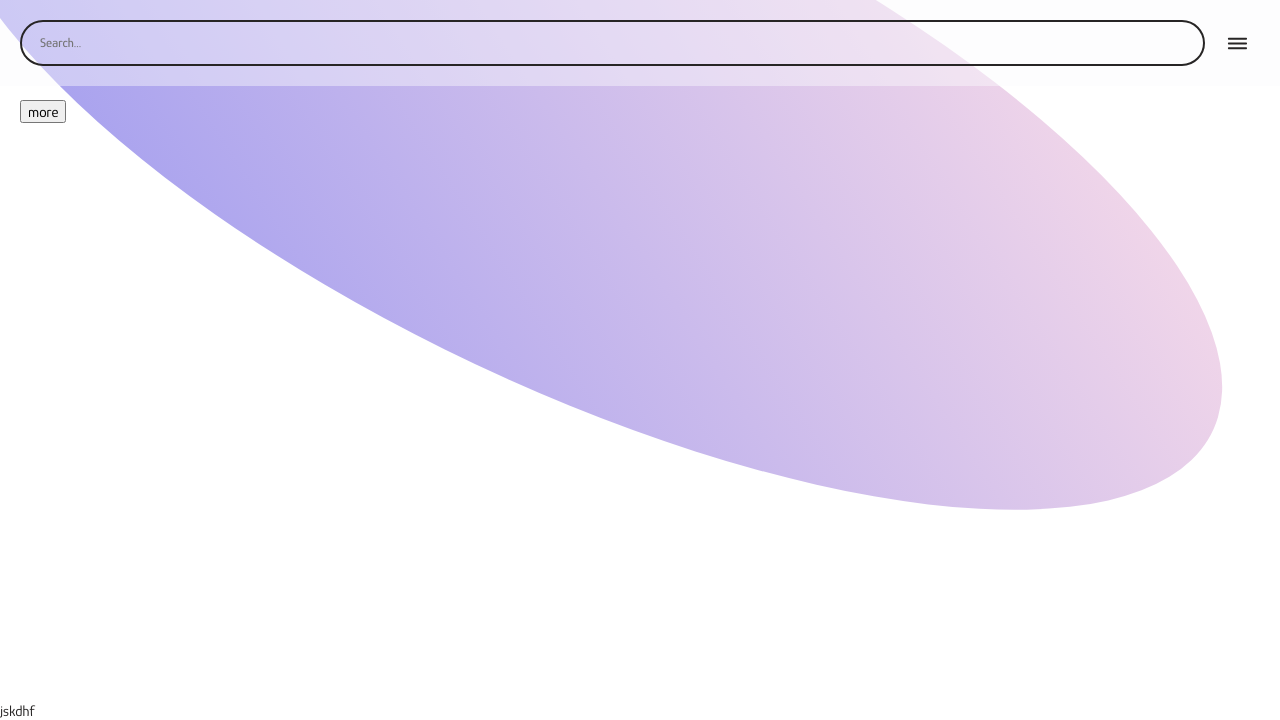
Repository: Axeliriya/my-test
Page: /
The author's editor kept a copy of each file at every save. The page is drawn from the files as they stood at one save, then again after the next save.
The browser window is 1280 px wide. The pictures show the whole page.
The page's requests for data from a server got no answer. The project was rebuilt for these pictures with package versions that can differ from the ones it lists, and the page was loaded fresh each time. No one was signed in, and anything a server would have sent is missing. Also part of the build but not shown: src/components/ProductList/ProductList.tsx, src/components/ProductItem/ProductItem.tsx.

Above is the page before, as saved 2022-04-05 15:50:32.

### public/index.html
<!DOCTYPE html>
<html lang="en">
  <head>
    <meta charset="utf-8" />
    <link rel="icon" href="%PUBLIC_URL%/favicon.ico" />
    <meta name="viewport" content="width=device-width, initial-scale=1" />
    <meta name="theme-color" content="#9796F0" />
    <title>React App</title>
  </head>
  <body>
    <div id="root"></div>
  </body>
</html>

### src/index.tsx
import { createRoot } from 'react-dom/client';
import { App } from './components';
import './assets/styles/main.scss';

const root = createRoot(document.getElementById('root') as HTMLDivElement);
root.render(<App />);

### src/components/index.ts
export * from './App/App';
export * from './Layout/Layout';
export * from './Header/Header';
export * from './Button/Button';
export * from './Input/Input';
export * from './ProductList/ProductList';
export * from './ProductItem/ProductItem';
export * from './Main/Main';

### src/assets/styles/main.scss
@import './base/normalize';
@import './base/fonts';
@import './utils/variables';
@import './utils/mixins';
@import './utils/placeholder';
@import './base/body';

### src/components/App/App.tsx
import { useEffect, useState } from 'react';
import { Layout, ProductList } from '..';
import { ProductModel } from '../../interfaces/product.interface';
import { getProducts } from '../../services/api-service';
import styles from './App.module.scss';
// import { AppProps } from './App.props';

export const App = (): JSX.Element => {
  return (
    <div className={styles.app}>
      <Layout />
    </div>
  );
};

### src/components/Layout/Layout.tsx
import { Header, Input, Main } from '..';
import styles from './Layout.module.scss';
import { LayoutProps } from './Layout.props';

export const Layout = ({ children }: LayoutProps): JSX.Element => {
  return (
    <div className={styles.layout}>
      <Header>
        <Input placeholder="Search..." />
      </Header>
      <Main />
      <footer className={styles.main}>jskdhf</footer>
    </div>
  );
};

### src/components/Header/Header.tsx
/* eslint-disable no-constant-condition */
import styles from './Header.module.scss';
import { HeaderProps } from './Header.props';
import { ReactComponent as Burger } from './burger.svg';
import { ReactComponent as Search } from './search.svg';
import { Button } from '..';

export const Header = ({ children, ...props }: HeaderProps): JSX.Element => {
  return (
    <header className={styles.header} {...props}>
      <div className={styles.wrapper}>
        {false ? (
          <>
            <a className={styles.logo} href="/">
              Сlothes
            </a>
            <Button>
              <Search />
            </Button>
          </>
        ) : (
          <div className={styles.input}>{children}</div>
        )}
      </div>
      <Button>
        <Burger />
      </Button>
    </header>
  );
};

### src/components/Button/Button.tsx
import styles from './Button.module.scss';
import { ButtonProps } from './Button.props';
import cn from 'classnames';

export const Button = ({
  appearance,
  children,
  className,
  ...props
}: ButtonProps) => {
  return (
    <button
      className={cn(styles.button, className, {
        [styles.primary]: appearance === 'primary',
        [styles.green]: appearance === 'green',
        [styles.ghost]: appearance === 'ghost',
      })}
      {...props}
    >
      {children}
    </button>
  );
};

### src/components/Input/Input.tsx
import styles from './Input.module.scss';
import { InputProps } from './Input.props';
import cn from 'classnames';

export const Input = ({ className, ...props }: InputProps): JSX.Element => {
  return <input className={cn(styles.input, className)} {...props} />;
};

### src/components/Main/Main.tsx
import { useEffect, useState } from 'react';
import { ProductList } from '..';
import { ProductModel } from '../../interfaces/product.interface';
import { getProducts } from '../../services/api-service';
import styles from './Main.module.scss';

export const Main = (): JSX.Element => {
  const [products, setProducts] = useState<ProductModel[]>();
  const [fullList, setFullist] = useState<ProductModel[]>();
  const [page, setPage] = useState<number>(1);

  useEffect(() => {
    const fetch = async () => {
      const { data } = await getProducts();
      setFullist(data?.data?.products);

      const productList = getListByPage(page, data?.data?.products);

      setProducts(productList);
    };
    fetch();
  }, [page]);

  function getListByPage(pageNumber: number, fullList: ProductModel[]) {
    if (pageNumber < 1) return [];

    const itemsPerPage = 10;
    const start = (pageNumber - 1) * itemsPerPage;
    const end = start + itemsPerPage;
    return fullList.slice(start, end);
  }

  const onClickPage = (nextPage: number) => {
    setPage((nextPage += 1));
    fullList && getListByPage(page, fullList);
  };
  return (
    <main className={styles.main}>
      {products && <ProductList products={products} />}
      {/* <ul>
    {products?.map(product => (
      <li key={product.name}>{product.name}</li>
    ))}
  </ul> */}
      <button onClick={() => onClickPage(page)}>more</button>
      <div className={styles.bg} />
    </main>
  );
};

### src/assets/styles/base/_fonts.scss
@font-face {
  font-family: 'Glory';
  font-style: normal;
  font-weight: 400;
  src: url('../../fonts/glory-regular.woff2') format('woff2'),
    url('../../fonts/glory-regular.ttf') format('ttf');
}

@font-face {
  font-family: 'Glory';
  font-style: normal;
  font-weight: 500;
  src: url('../../fonts/glory-medium.woff2') format('woff2'),
    url('../../fonts/glory-medium.ttf') format('ttf');
}

@font-face {
  font-family: 'Glory';
  font-style: normal;
  font-weight: 600;
  src: url('../../fonts/glory-semibold.woff2') format('woff2'),
    url('../../fonts/glory-semibold.ttf') format('ttf');
}

@font-face {
  font-family: 'Glory';
  font-style: normal;
  font-weight: 700;
  src: url('../../fonts/glory-bold.woff2') format('woff2'),
    url('../../fonts/glory-bold.ttf') format('ttf');
}

### src/assets/styles/utils/_variables.scss
$primary-color: #ffffff;
$primary-text-color: #272525;
$alternate-bg-color: #eef1f6;
$secondery-text-color: #454747;
$secondery-color: #3c336c;
$accent-color: #309f85;
$light-color: #c4c4c4;
$main-gradient: linear-gradient(38.95deg, #9796f0 -10.38%, #ffe0e8 107.56%);

$cubic: 250ms cubic-bezier(0.4, 0, 0.2, 1);

$font: Glory, sans-serif;

### src/assets/styles/utils/_mixins.scss
@mixin font($weight, $size, $line-height: 1.3, $family: $font) {
  font-family: $family;
  font-weight: $weight;
  font-size: $size;
  line-height: $line-height;
}

### src/assets/styles/utils/_placeholder.scss
%link {
  text-decoration: none;
}

%list {
  list-style: none;
  margin: 0;
  padding: 0;
}

%input {
  @include font(500, 13px, 1.4);
  padding: 12px 18px;
  background: transparent;
  color: $primary-text-color;
  border: 2px solid $primary-text-color;
  border-radius: 50px;
}

%btn-icon {
  padding: 10px;
  background-color: transparent;
  border: 1px solid transparent;
  border-radius: 5px;
  cursor: pointer;
  transition: all $cubic;
}

%btn {
  @include font(500, 13px, 1.4);
  color: $primary-color;
  padding: 12px 18px;
  border-radius: 50px;
}

### src/assets/styles/base/_body.scss
img {
  display: block;
  width: 100%;
  height: auto;
}

body {
  margin: 0;
  background-color: $primary-color;
  color: $primary-text-color;
  @include font(400, 15px);
}

code {
  font-family: source-code-pro, Menlo, Monaco, Consolas, 'Courier New',
    monospace;
}

### src/components/App/App.module.scss
// .app {
//   min-height: 100vh;
//   display: grid;
//   grid-template-rows: 1fr;
// }

@media screen and (min-width: 520px) {
  .app {
    grid-template-columns: auto 1fr auto;
  }
}

@media screen and (min-width: 682px) {
  .app {
    grid-template-columns: auto 665px auto;
  }
}

### src/components/Layout/Layout.module.scss
.layout {
  display: grid;
  grid-template-columns: auto 1fr auto;
  grid-template-rows: 1fr auto;
  min-height: 100vh;
}

.footer {
  grid-column: 1 / -1;
}

@media screen and (min-width: 520px) {
  .app {
    grid-template-columns: auto 1fr auto;
  }
}

@media screen and (min-width: 682px) {
  .app {
    grid-template-columns: auto 665px auto;
  }
}

### src/components/Header/Header.module.scss
@import '../../assets/styles/main.scss';

.header {
  position: fixed;
  width: 100%;
  display: flex;
  justify-content: space-between;
  align-items: center;
  background: rgba(250, 251, 253, 0.44);
  padding: 20px;
}

.wrapper {
  width: 100%;
  display: flex;
  justify-content: space-between;
  align-items: center;
  margin-right: 10px;
}

.logo {
  @extend %link;
  font-weight: 700;
  font-size: 36px;
  line-height: 105.5%;
  color: $primary-text-color;
  &:hover {
    color: $secondery-text-color;
  }
}

.input {
  width: 100%;
}

// @media screen and (min-width: 520px) {
//   .app {
//     grid-template-columns: auto 1fr auto;
//   }
// }

// @media screen and (min-width: 682px) {
//   .app {
//     grid-template-columns: auto 665px auto;
//   }
// }

### src/components/Button/Button.module.scss
@import '../../assets/styles/main.scss';

.button {
  @extend %btn-icon;
}

.button svg {
  display: block;
  width: 100%;
  height: auto;
}

.primary,
.green,
.ghost {
  @extend %btn;
  background-color: $secondery-color;
  &:hover {
    padding: 14px 20px;
    box-shadow: 0px 20px 50px rgba(0, 0, 0, 0.1);
    border-radius: 55px;
  }
}

.green {
  background-color: $accent-color;
}

.ghost {
  background-color: $light-color;
}

### src/components/Input/Input.module.scss
@import '../../assets/styles/main.scss';

.input {
  width: 100%;
  @extend %input;
  &:focus {
    border: 1px solid $primary-text-color;
  }
}

### src/components/ProductList/ProductList.module.scss
@import '../../assets/styles/main.scss';

.users {
  display: grid;
  gap: 12px;

  @extend %list;
}

### src/services/api-service.ts
import axios from 'axios';

axios.defaults.baseURL = `https://artisant.io/api`;

export const getProducts = async () => {
  return await axios.get(`/products`);
};

### src/components/Main/Main.module.scss
@import '../../assets/styles/main.scss';

.main {
  padding: 100px 20px 20px 20px;
  grid-column: 1 / -1;
}

.bg {
  position: absolute;
  top: -20px;
  left: -60px;
  z-index: -1;
  width: 100%;
  height: 300px;
  background: $main-gradient;
  transform: skew(10deg, 20deg) scale(1, 2);
  border-radius: 50%;
  overflow: hidden;
}

@media screen and (min-width: 520px) {
  // .main {
  //   grid-template-columns: auto 1fr;
  //   grid-template-rows: 1fr;
  //   grid-column: 2 / 3;
  // }
}

Loaded but not shown: src/assets/styles/base/_normalize.scss (common file)

After the next save:
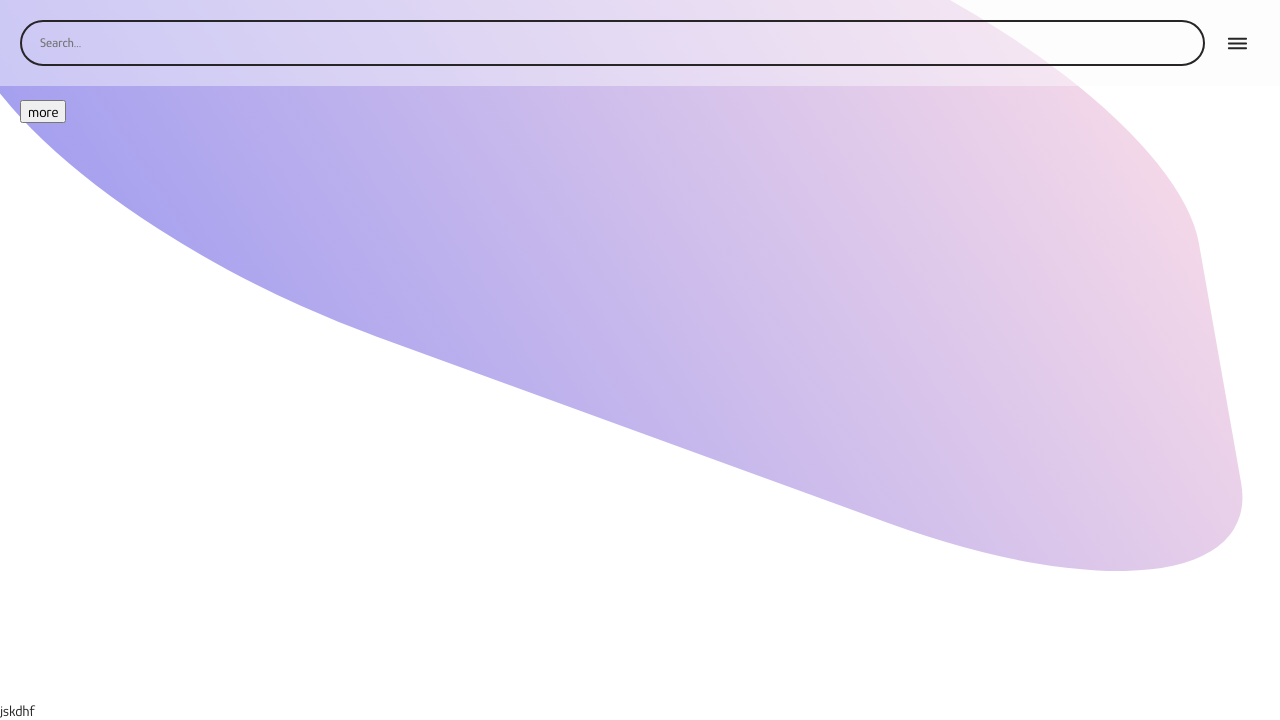
Saved 17 s later.
--- a/src/components/Main/Main.module.scss
+++ b/src/components/Main/Main.module.scss
@@ -14,7 +14,7 @@
   height: 300px;
   background: $main-gradient;
   transform: skew(10deg, 20deg) scale(1, 2);
-  border-radius: 50%;
+  border-radius: 30%;
   overflow: hidden;
 }
 
